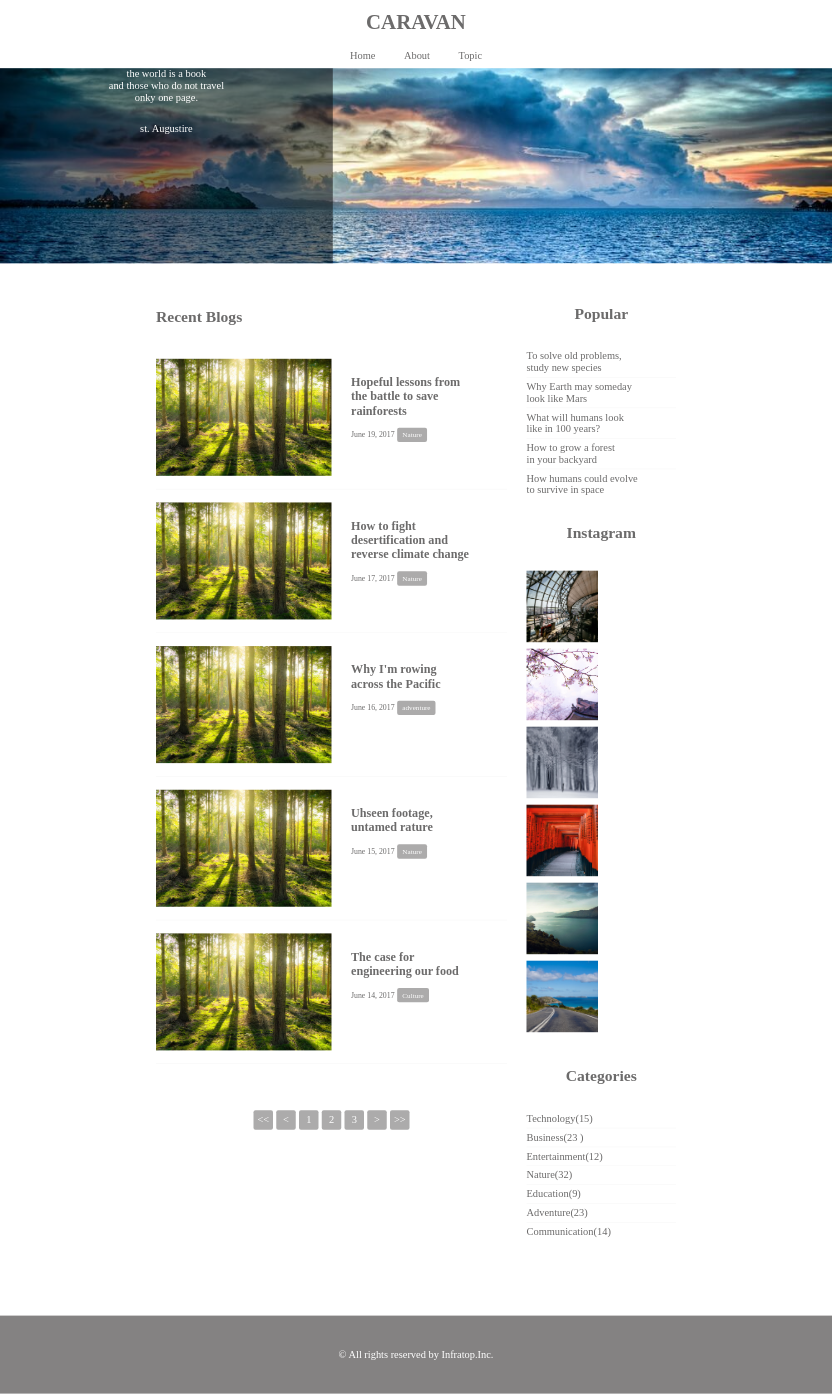
Repository: ishidaryu/ishidaryu
Page: caravan/index.html
The author's editor kept a record of every edit. The page is drawn from the files as they stood at one moment, then again after the next edit.
The browser window is 1280 px wide. The pictures show the whole page, at 65% of full size.

Above is the page before.

### caravan/index.html
<!DOCTYPE html>
<html lang="ja">

  <head>
      <meta charset="utf-8" />
      <link rel="stylesheet" href="style.css" />
      <title>CARAVAN</title>

  </head>

  <body>


    <header>
      <h1 class="heading">
        <a href="index.html">
        CARAVAN
        </a>
        </h1>
    </header>

    <nav>
      <ul class="nav-list">
        <li class="nav-list-item">
          <a href="index.html">Home</a>
        </li>
        <li class="nav-list-item">About</li>
        <li class="nav-list-item">Topic</li>
      </ul>
    </nav>

    <div class="main-visual">
        <div class="main-visual-content">
          <p class="main-visual-text">
            the world is a book<br />
            and those who do not travel<br />
            onky one page.
          </p>
          <p class="main-visual-name">
            st. Augustire
          </p>
        </div>
    </div>

    <main>
      <section class="blog">
        <h2 class="blog-heading">Recent Blogs</h2>
        <div class="blog-box"></div>
        <div class="blog-item">
          <img class="blog-image" src="img/forest.jpg" />
          <section class="blog-text">
            <h3 class="blog-text-heading">
              <a href="single.html">
                Hopeful lessons from<br />
                the battle to save<br />
                rainforests
              </a>
            </h3>
            <p class="blog-date">June 19, 2017</p>
            <span class="category">Nature</span>
          </section>
        </div>


        <div class="blog-item">
          <img class="blog-image" src="img/forest.jpg" />
          <section class="blog-text">
            <h3 class="blog-text-heading">
              <a href="single.html">
                How to fight<br />
                desertification  and<br />
                reverse climate change
              </a>
            </h3>
            <p class="blog-date">June 17, 2017</p>
            <span class="category">Nature</span>
          </section>
        </div>


        <div class="blog-item">
          <img class="blog-image" src="img/forest.jpg">
          <section class="blog-text">
            <h3 class="blog-text-heading">
              <a href="single.html">
                Why I'm rowing<br />

                across the Pacific
              </a>
            </h3>
            <p class="blog-date">June 16, 2017</p>
            <span class="category">adventure</span>
          </section>
        </div>


        <div class="blog-item">
          <img class="blog-image" src="img/forest.jpg">
          <section class="blog-text">
            <h3 class="blog-text-heading">
              <a href="single.html">
                Uhseen footage,<br />
                untamed rature
              </a>
            </h3>
            <p class="blog-date">June 15, 2017</p>
            <span class="category">Nature</span>
          </section>
        </div>


        <div class="blog-item">
          <img class="blog-image" src="img/forest.jpg">
          <section class="blog-text">
            <h3 class="blog-text-heading">
              <a href="single.html">
                The case for<br />
                engineering our food
              </a>
            </h3>
            <p class="blog-date">June 14, 2017</p>
            <span class="category">Culture</span>
          </section>
        </div>

        <div class="pagination">
          <p><<</p>
          <p><</p>
          <p>1</p>
          <p>2</p>
          <p>3</p>
          <p>></p>
          <p>>></p>
        </div>


        </section>

      <div class="sidebar">
        <section class="popular">
          <h2 class="popular-heading common-heading">Popular</h2>
          <div class="sidebar-contents">
            <p class="popular-text">To solve old problems,<br>study new species</p>
            <p class="popular-text">Why Earth may someday<br>look like Mars</p>
            <p class="popular-text">What will humans look<br>like in 100 years?</p>
            <p class="popular-text">How to grow a forest<br>in your backyard</p>
            <p class="popular-text">How humans could evolve<br>to survive in space</p>
          </div>
        </section>
        <section class="instagram">
          <h2 class="instagram-heading common-heading">Instagram</h2>
          <div class="sidebar-contents">
            <div class="instagram-box"></div>
            <div class="instagram-box"></div>
            <div class="instagram-box"></div>
            <div class="instagram-box"></div>
            <div class="instagram-box"></div>
            <div class="instagram-box"></div>
          </div>
        </section>

        <section class="categories">
          <h2 class="categories-heading common-heading">Categories</h2>
          <div class="sidebar-contents">
            <p class="categories-text">
              Technology(15)
              </p>
            <p class="categories-text">
              Business(23
              )</p>
            <p class="categories-text">
              Entertainment(12)
              </p>
            <p class="categories-text">
              Nature(32)</p>
            <p class="categories-text">
              Education(9)
              </p>
            <p class="categories-text">
              Adventure(23)
              </p>
            <p class="categories-text">
              Communication(14)
              </p>
          </div>
        </section>
      </div>

    </main>

    <footer>
      <p class="footer-text">© All rights reserved by Infratop.Inc.</p>
    </footer>

  </body>
</html>

### caravan/style.css
* {
  margin: 0;
  padding: 0;
  box-sizing: border-box;
  color: #6c6b6b;
}

a {
  text-decoration: none;
}

header {
  width: 90%;
  padding: 15px 0;
  margin: 0 auto;
  text-align: center;
}

header .heading {
  font-size: 32px;
}

.nav-list {
  text-align: center;
  padding: 10px 0;
  margin: 0 auto;
}

.nav-list-item {
  list-style: none;
  display: inline-block;
  margin: 0 20px;
}

.main-visual {
  width: 100%;
  height: 300px;
  background-image: url(img/mv.jpg);
  background-size: cover;
  background-position:center;
}

.main-visual-content {
  width: 40%;
  height: 300px;
  background-color: rgba(0, 0, 0, 0.5);
  text-align: center;
}

.main-visual-text {
  color: #fff;
}

.main-visual-name {
  margin-top:30px;
  color:#fff;
}

main {
  width:800px;
  display: flex;
  justify-content: center;
  margin: 0 auto;
  padding: 70px 0;
}

.blog {
 width:540px;
 margin-right: 30px;
}

.blog-heding {
  border-bottom: 8px solid #f7f7f7;
  text-align:center;
  line-height: 0.6;
}

.blog-box {
  padding-top: 50px;
}

.blog-item {
  padding-bottom:20px;
  margin-bottom:20px;
  border-bottom:1px solid #f7f7f7;
  display: flex;
  justify-content: flex-start;
}

.blog-image {
  height:180px;
}

.blog-text {
  padding:25px 0 0 30px;
}

.blog-text-heading {
  padding-bottom: 15px;
}

.blog-date {
  font-size: 12px;
  display: inline-block;
}
.category {
  display: inline-block;
  padding: 5px 8px;
  background-color: #acabab;
  border-radius: 3px;
  color: #fff;
  font-size: 11px;
}

.pagination {
  text-align: center;
  padding-top: 50px;
}

.pagination p {
  display: inline-block;
  width:30px;
  height: 30px;
  margin: 0.5px;
  color: #fff;
  background-color: #acabab;
  border-radius: 3px;
  line-height:30px;
}
.sidebar {
 width:230px;
}

.common-heading {
  boreder-bottom: 8px solid #f7f7f7;
  text-align: center;
  line-height: 0.6;
}

.sidebar-contents {
  padding: 50px 0;
}

.popular-text,
.categories-text {
  padding-bottom: 5px;
  border-bottom: 1px solid #f7f7f7;
  margin-bottom:5px;
}

.popular-text:last-child,.categories-text:last-child {
  margin: 0;
  padding: 0;
  border: none;
}

.instagram .sideba-comtents {
display: flex;
flex-wrap:wrap;
}

.instagram-box {
  width: 110px;
  padding-top: 110px;
  background-size: cover;
  background-position: center;
  margin-bottom: 10px;
}

.instagram-box:nth-child(odd) {
  margin: 0 10px 10px 0;
}

.instagram-box:nth-child(1) {
  background-image: url(img/airport.jpg);
}
.instagram-box:nth-child(2) {
  background-image: url(img/japan.jpg);
}
.instagram-box:nth-child(3) {
  background-image: url(img/snow.jpg);
}
.instagram-box:nth-child(4) {
  background-image: url(img/japan2.jpg);
}
.instagram-box:nth-child(5) {
  background-image: url(img/lake.jpg);
}
.instagram-box:nth-child(6) {
  background-image: url(img/road.jpg);
}
footer {
  width: 100%;
  height: 120px;
  text-align: center;
  line-height: 120px;
  background-color: #848282;
}

.footer-text {
  color: #fff;
}

After the next edit:
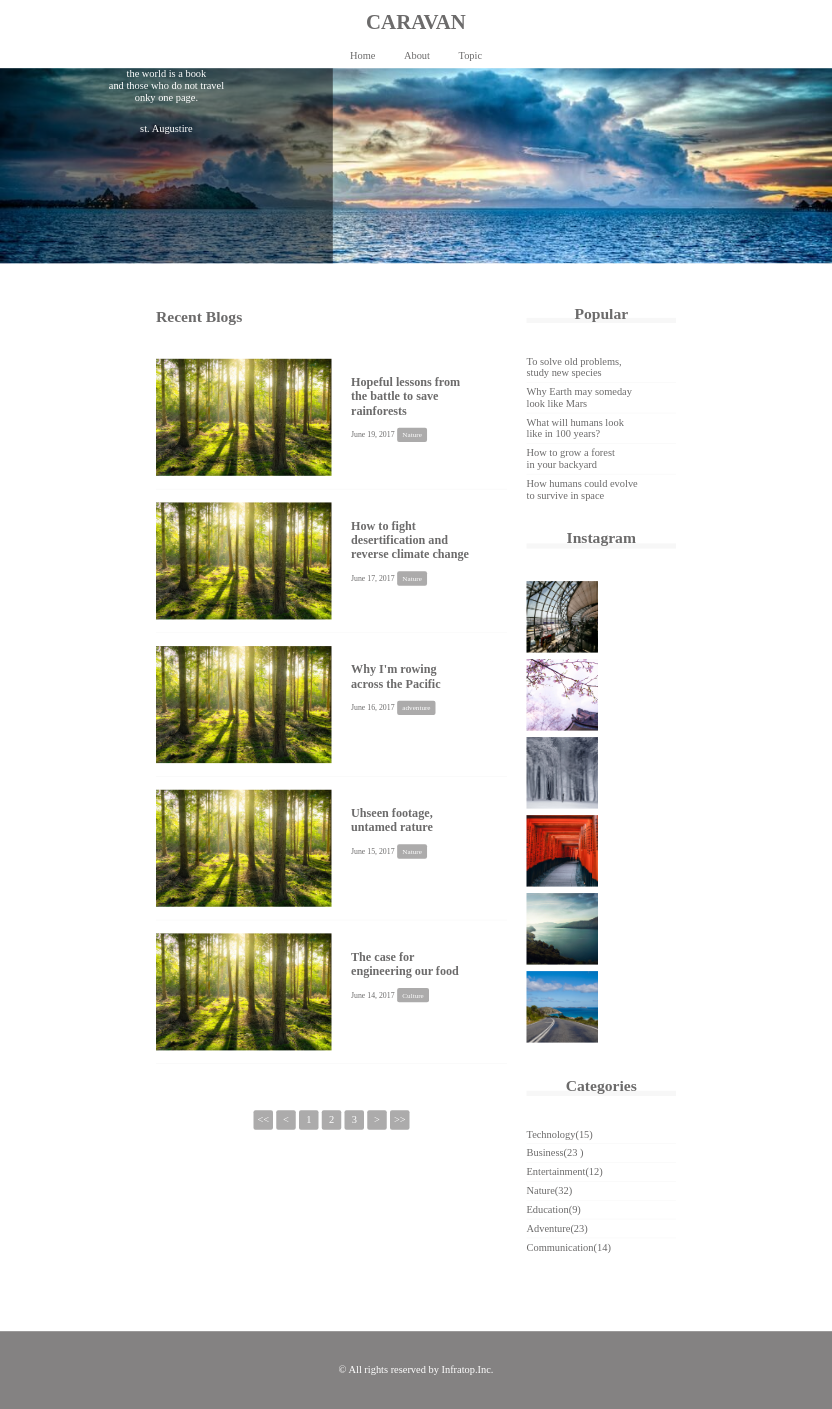
The edit:
--- a/caravan/style.css
+++ b/caravan/style.css
@@ -132,7 +132,7 @@
 }
 
 .common-heading {
-  boreder-bottom: 8px solid #f7f7f7;
+  border-bottom: 8px solid #f7f7f7;
   text-align: center;
   line-height: 0.6;
 }
